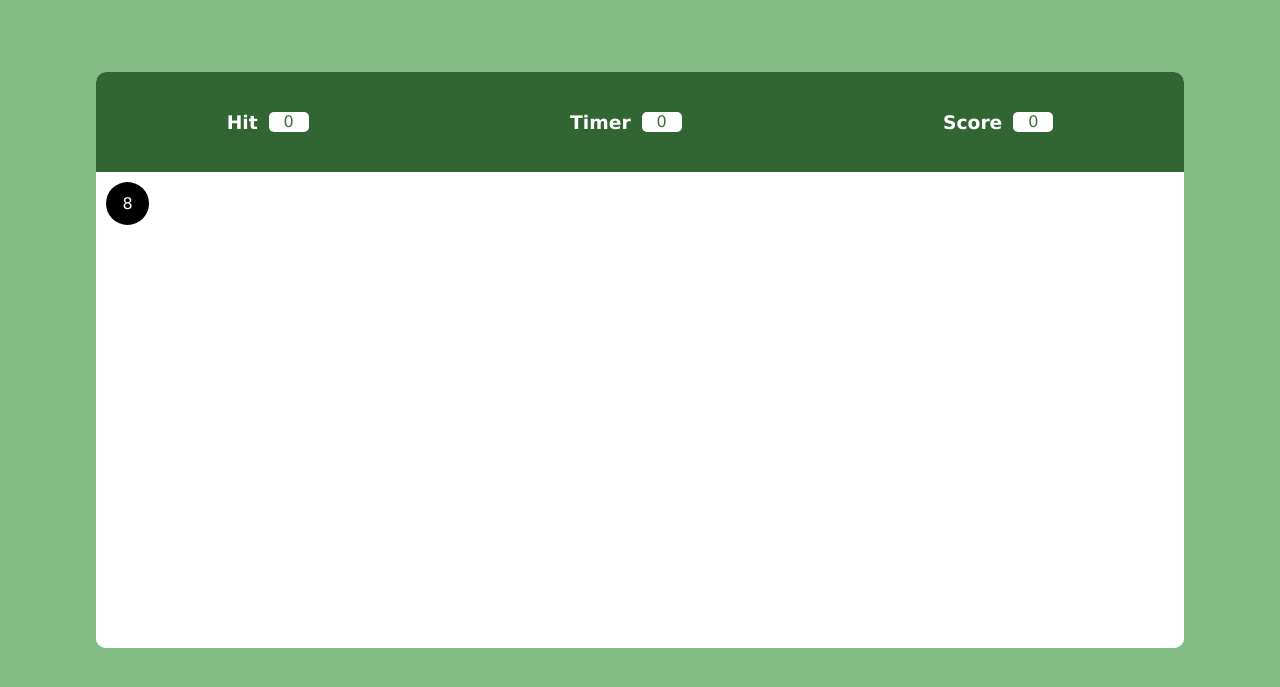
Repository: ketansharma22/BubbleGame
Page: index.html
The author's editor kept a copy of each file at every save. The page is drawn from the files as they stood at one save, then again after a run of saves.
The browser window is 1280 px wide. The pictures show the whole page.

Above is the page before, as saved 2024-02-18 23:15:14.

After the next 3 saves:
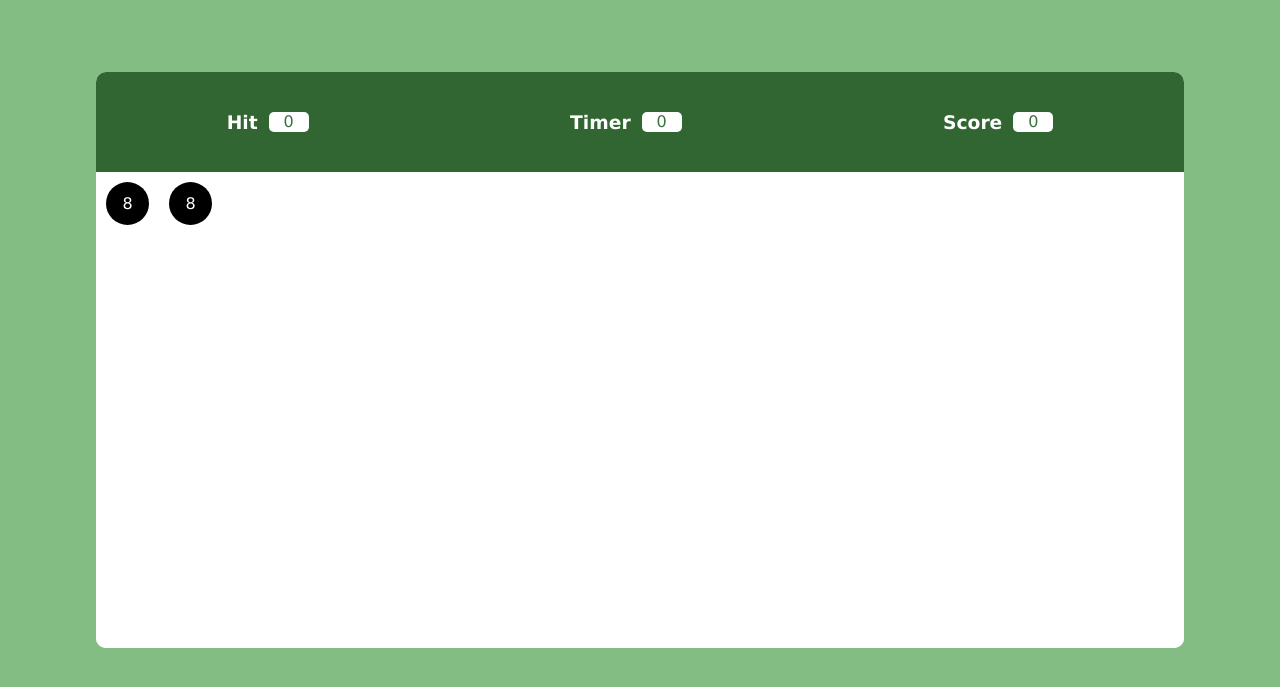
The 3 saves are shown as one change because they came seconds apart.
The last was saved 8 s later.
--- a/index.html
+++ b/index.html
@@ -25,7 +25,7 @@
             </div>
 
             <div class="lower">
-                <div class="bubble">8</div>
+                <div class="bubble">8</div><div class="bubble">8</div>
             </div>
         </div>
     </div>
